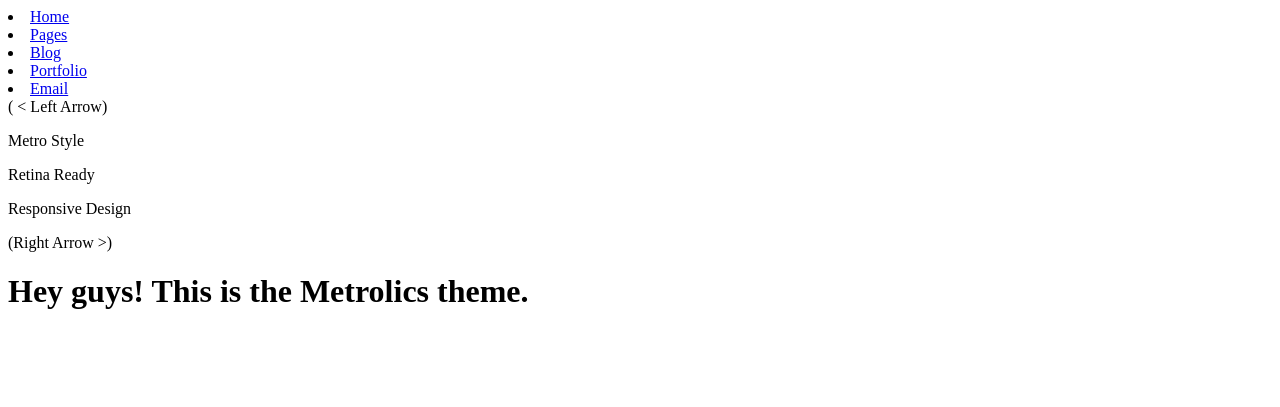
Repository: VernaMak/MDIA2003C-Project-1
Page: index.html
These files come from the project's save history. The page is drawn as it stood at one moment and after the next save; the edit follows.
The browser window is 1280 px wide. The pictures show the whole page.

Above is the page before, as saved 2022-01-25 21:21:51.

After the next save:
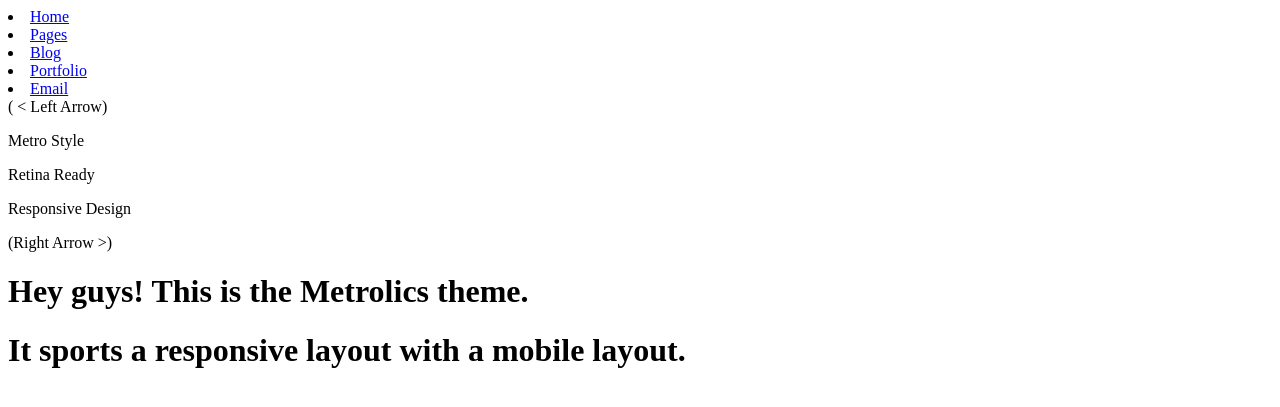
Saved 18 s later.
--- a/index.html
+++ b/index.html
@@ -41,6 +41,7 @@
     </h1>
 
     <h1 class="main-page-heading">
+        It sports a responsive layout with a mobile layout.
 
     </h1>
 
